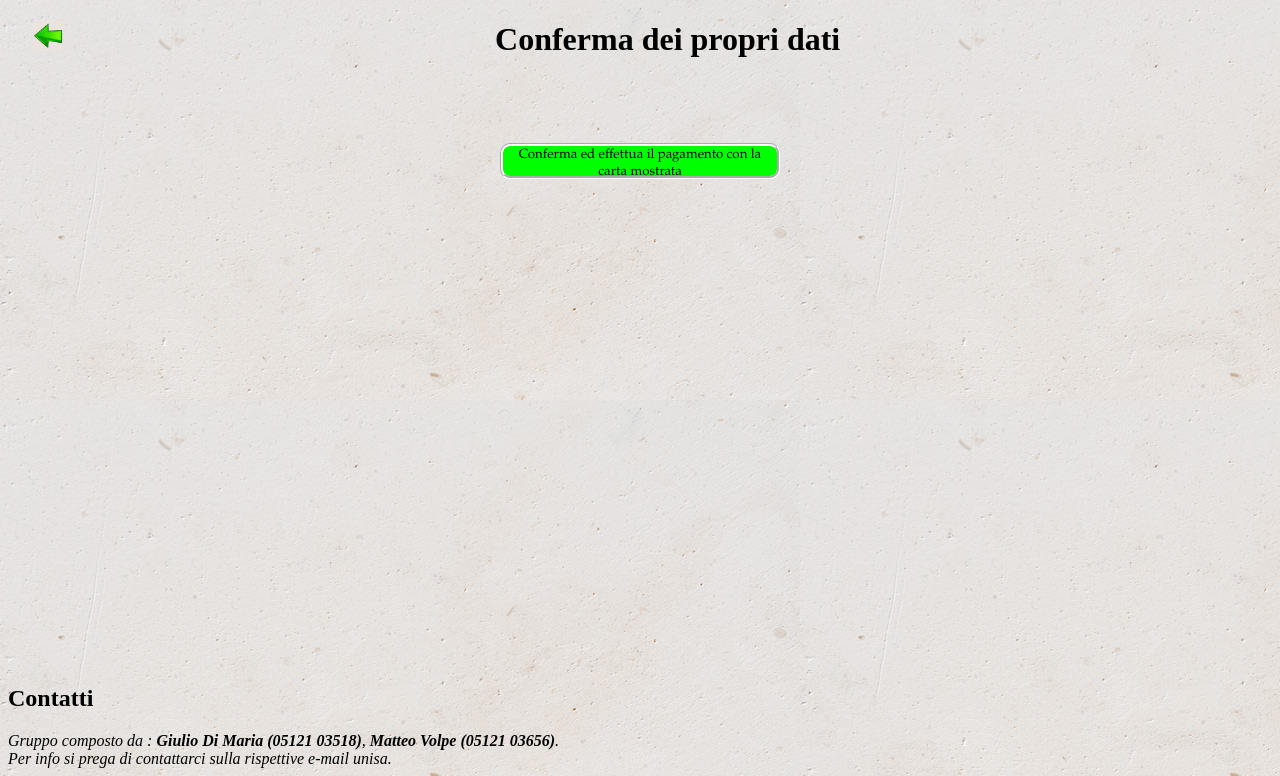
Repository: gdm1995/Drive-In
Page: http://localhost/ProgettoPW2017/Conferma.jsp
An editor plug-in stored every save of this project. The page is shown before and after a run of saves, followed by the edit.
The browser window is 1280 px wide. The pictures show the whole page.
The page is served by Tomcat 9. Nobody is signed in. The application's start-up code is not run. Other server files are loaded and not shown.

Above is the page before, as saved 2018-01-19 15:37:22.
Console error: ReferenceError: caricaProfilo1 is not defined

### ProgettoPW2017/WebContent/Conferma.jsp
<%@ page language="java" contentType="text/html; charset=UTF-8" pageEncoding="UTF-8"%>
<!DOCTYPE html>
<html>
<head>
<meta http-equiv="Content-Type" content="text/html; charset=UTF-8">
<meta http-equiv="Content-Language" content="it">
<meta name=”description” content=”Drive-in.com–Negozio_di_scarpe_online”>
<meta name="author" content="Giulio Di Maria, Matteo Volpe">
<meta name="keywords" content="shoes, Drive-in, italian-style">
<meta name="viewport"
	content="width=device-width, user-scalable=yes, initial-scale=1.0, minimum-scale=1.0, maximum-scale=1.0">
<link rel="stylesheet" href="CSS/Profile.css">
<title>Pagina di conferma</title>
<script type="text/javascript" src="caricaProfilo1.js"></script>
<scrip type="text/javascript" src="caricaProfilo1.js"></scrip>
</head>

<body background="Imm/bianco.jpg">
<a href="Carrello.jsp"><img id="ritorno" title="Home"
		src="Imm/FRECCIA.png"></a>
		<h1 align="center">Conferma dei propri dati</h1>
	<center><div id="showing">
		<script type="text/javascript">window.onload=(caricaProfilo1())</script>
	</div></center><form action="Ordine effettuato.jsp" method="get">
		<center style="clear: both;"><button id="bottone">Conferma ed effettua il pagamento con la carta mostrata</button></center></form>
	<footer>
		<%@ include file="Footer.jsp"%>
	</footer>
</body>
</html>

### ProgettoPW2017/WebContent/Footer.jsp
<%@ page language="java" contentType="text/html; charset=UTF-8"
    pageEncoding="UTF-8"%>
<!DOCTYPE html">
<html>
<head>
	<meta http-equiv="Content-Type" content="text/html; charset=UTF-8">
	<meta http-equiv="Content-Language" content="it">
	<meta name=”description” content=”Drive-in.com–Negozio_di_scarpe_online”>
	<meta name="author" content="Giulio Di Maria, Matteo Volpe">
	<meta name="keywords" content="shoes, Drive-in, italian-style">
</head>
<body background="bianco.jpg">
	<h2>Contatti</h2>
	<address>
		Gruppo composto da : <b>Giulio Di Maria (05121 03518)</b>, <b>Matteo Volpe (05121 03656)</b>. </b> <br>
		Per info si prega di contattarci sulla rispettive e-mail unisa.
	</address>
</body>
</html>

### ProgettoPW2017/WebContent/CSS/Profile.css
footer {
	clear: both;
	margin-top: 40%;
}

#showing {
	width: 100%;
	heigth: 100%;
}

#bottone {
	margin-top: 5%;
	width: 280px;
	height: 36px;
	border-radius: 10px;
	background-color: #00FF00;
	border-right-style: groove;
	border-bottom-color: #FFFFFF;
	border-top-width: medium;
	border-right-width: medium;
	border-left-color: #FFFFFF;
	border-right-color: #FFFFFF;
	border-left-width: medium;
	border-top-style: groove;
	border-left-style: groove;
	border-bottom-width: medium;
	border-top-color: #FFFFFF;
	border-bottom-style: groove;
	font-family: "Book Antiqua", "Times New Roman", "Serif";
}

#ritorno {
	float: left;
	margin-left: 2%;
	min-width: 30px;
	width: 2%;
	text-align: center;
	align: center;
}
}

### ProgettoPW2017/WebContent/caricaProfilo1.js
function caricaProfilo()
{
	var persona;
	var xhttp = new XMLHttpRequest();
	xhttp.onreadystatechange = function()
	{
		if (this.readyState == 4 && this.status == 200)
		{
			persona = JSON.parse(this.responseText);

			var tab, tr, td, div, center;

			div = document.getElementById("showing");// div per indicare da
			// dove inserire gli
			// elementi
			tab = document.createElement("table"); // creo la tabella per ogni
			// singolo elemento
			tab.setAttribute("class", "showProduct"); // tutte le tabelle
			// avranno la stessa
			// classe per
			// modificarle in
			// header.css
			tab.setAttribute("border", "1"); // tab.style.borderCollapse =
			// "collapse";

			tr = document.createElement("tr"); // creo la prima riga per l
			// header
			var th = document.createElement("th"); // creo l'unico header che
			// visualizzerà il nome del
			// prodotto
			th.setAttribute("colspan", 2);// rendo la riga larga come due
			// colonnne
			th.appendChild(document.createTextNode(persona.Username)); // creo
			// un
			// nodo
			// che
			// inserisco
			// nell'header
			// col
			// nome
			// del
			// prodotto
			tr.appendChild(th); // aggiungo l header prima creato alla riga
			tab.appendChild(tr); // aggiungo alla tabella

			tr = document.createElement("tr");// creo la riga per il codice
			td = document.createElement("td"); // creo l elemento dove
			// effettivamete mettero la
			// label per poi mettere il
			// codice
			td.appendChild(document.createTextNode("Nome"));// inserisco la
			// label
			tr.appendChild(td);
			var nom = document.createElement("input");
			center = document.createElement("center");
			nom.setAttribute("class", "nuovi");
			nom.value = persona.Nome;
			center.appendChild(nom);
			tr.appendChild(center);
			tab.appendChild(tr);

			tr = document.createElement("tr");
			td = document.createElement("td");
			td.appendChild(document.createTextNode("Cognome"));
			tr.appendChild(td);
			var cognom = document.createElement("input");
			center = document.createElement("center");
			cognom.setAttribute("class", "nuovi");
			cognom.value = persona.Cognome;
			center.appendChild(cognom);
			tr.appendChild(center);
			tab.appendChild(tr);

			tr = document.createElement("tr");
			td = document.createElement("td");
			td.appendChild(document.createTextNode("Indirizzo"));
			tr.appendChild(td);
			var indirizzo = document.createElement("input");
			center = document.createElement("center");
			indirizzo.setAttribute("class", "nuovi");
			indirizzo.value = persona.IndirizzoStandard;
			center.appendChild(indirizzo);
			tr.appendChild(center);
			tab.appendChild(tr);

			tr = document.createElement("tr");
			td = document.createElement("td");
			td.appendChild(document.createTextNode("Iban"));
			tr.appendChild(td);
			var iban = document.createElement("input");
			center = document.createElement("center");
			iban.setAttribute("class", "nuovi");
			iban.value = persona.Iban;
			center.appendChild(iban);
			tr.appendChild(center);
			tab.appendChild(tr);

			tr = document.createElement("tr");
			tr.setAttribute("id", "last");
			td = document.createElement("td");
			td.setAttribute("colspan", 2);
			var input1 = document.createElement("input");
			center = document.createElement("center");
			input1.setAttribute("type", "image");
			input1.src = "Imm/Save.png";
			input1.width = "400";
			input1.id = "pencil";
			input1.title = "Salva Modifiche";
			input1.onclick = function()
			{
				var quer = "?Username=" + persona.Username;
				if (nom.value != persona.Nome)
					quer += "&Nome=" + nom.value;
				if (cognom.value != persona.Cognome)
					quer += "&Cognome=" + cognom.value;
				if (indirizzo.value != persona.IndirizzoStandard)
					quer += "&Indirizzo=" + indirizzo.value;
				if (iban.value != persona.Iban)
					quer += "&Iban=" + Iban.value;
				var xhtt = new XMLHttpRequest();
				xhtt.open("GET", "ModificaDatiUtente" + quer, true);
				xhtt.send();
				alert("Modifica avvenuta con successo");
			};
			center.appendChild(input1);
			td.appendChild(center);
			tr.appendChild(td);
			tab.appendChild(tr);
			div.appendChild(tab);
		}
	};
	xhttp.open("GET", "Utente", true);
	// //alert("sto inviando"+ query);
	xhttp.send();

	// alert("buongiorno");
	var xhtp = new XMLHttpRequest();
	xhtp.onreadystatechange = function()
	{
		if (this.readyState == 4 && this.status == 200)
		{
			// alert("ricevo la seguente risposta" + this.responseText);
			obj = JSON.parse(this.responseText);
			// alert("oggetto convertito"+ obj);
			// alert (" ho ricevuto tot oggetti"+ obj.Carrello.length);
			var bottone = document.getElementById("bottone");
			bottone.style.display = "block";
			var totale = 0;
			for (var i = 0; i < obj.Carrello.length; i++)
			{
				totale += addCarrello(obj.Carrello[i]);
			}
			tr = document.createElement ("tr");//creo la riga per il codice
			td = document.createElement("td"); //creo l elemento dove effettivamete mettero la label per poi mettere il codice
			td.appendChild(document.createTextNode("Totale"));//inserisco la label
			tr.appendChild(td);//aggiungo la label alla riga
			td = document.createElement("td"); //creo un altro td per il codice vero e proprio
			td.appendChild(document.createTextNode(totale));//inserisco il codice
			tr.appendChild(td); //aggiungo nella riga l elemento
			tab.appendChild(tr);
		}
	};
	xhtp.open("GET", "RecuperaDati", true);
	// alert("salve");
	xhtp.send();
}

After the next 2 saves:
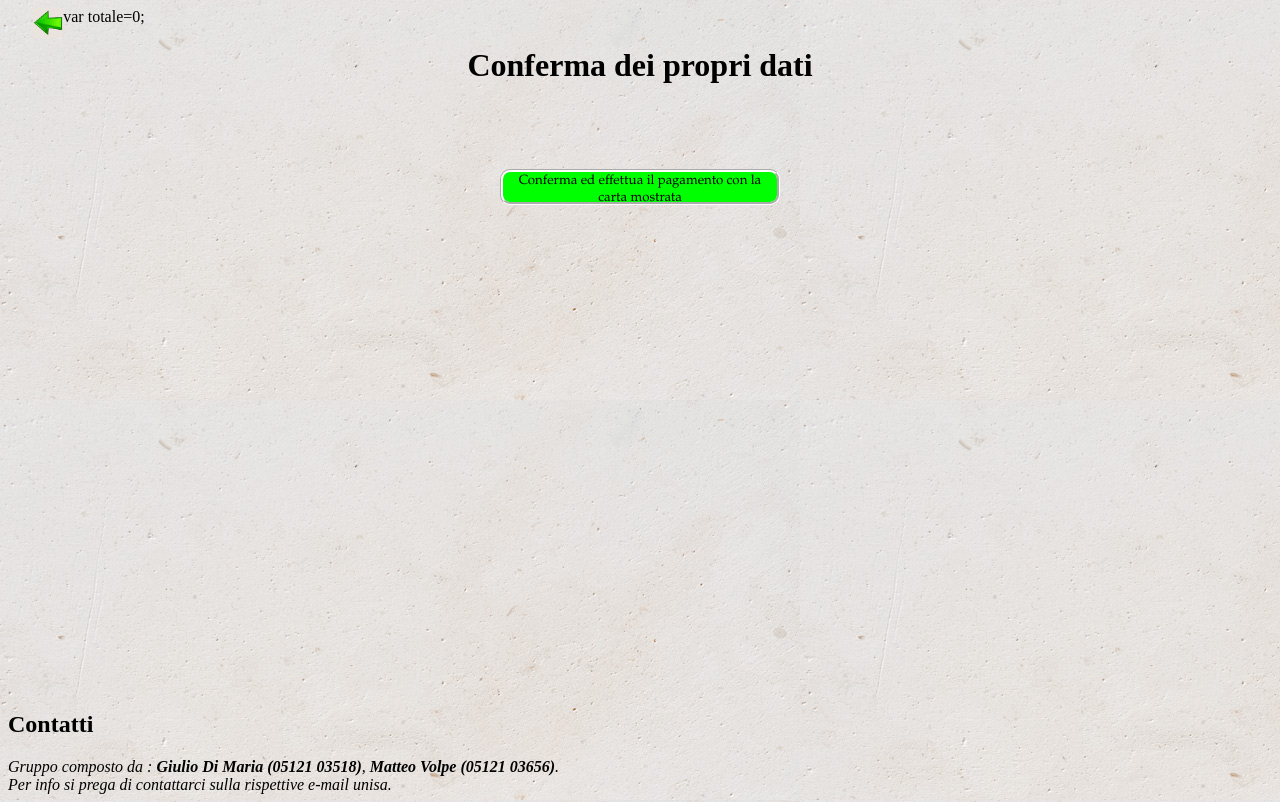
The 2 saves are shown as one change because they came seconds apart.
The last was saved 9 s later.
--- a/ProgettoPW2017/WebContent/Conferma.jsp
+++ b/ProgettoPW2017/WebContent/Conferma.jsp
@@ -12,7 +12,7 @@
 <link rel="stylesheet" href="CSS/Profile.css">
 <title>Pagina di conferma</title>
 <script type="text/javascript" src="caricaProfilo1.js"></script>
-<scrip type="text/javascript" src="caricaProfilo1.js"></scrip>
+<scrip type="text/javascript" src="caricaProfilo1.js">var totale=0;</scrip>
 </head>
 
 <body background="Imm/bianco.jpg">

After the 2 saves that followed:
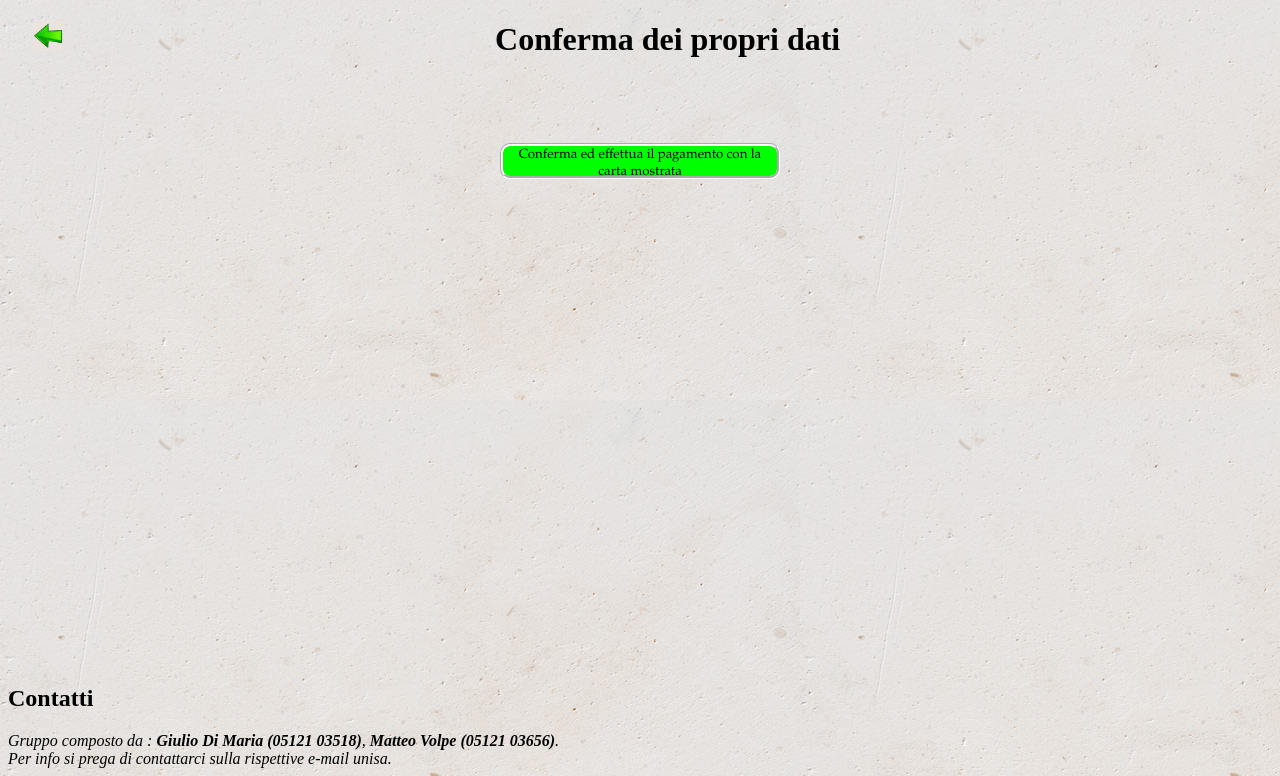
The 2 saves are shown as one change because 1 left the picture as it was.
The last was saved 15 s later.
--- a/ProgettoPW2017/WebContent/Conferma.jsp
+++ b/ProgettoPW2017/WebContent/Conferma.jsp
@@ -12,7 +12,7 @@
 <link rel="stylesheet" href="CSS/Profile.css">
 <title>Pagina di conferma</title>
 <script type="text/javascript" src="caricaProfilo1.js"></script>
-<scrip type="text/javascript" src="caricaProfilo1.js">var totale=0;</scrip>
+<script type="text/javascript" src="caricaProfilo1.js">var totale=0;</script>
 </head>
 
 <body background="Imm/bianco.jpg">
